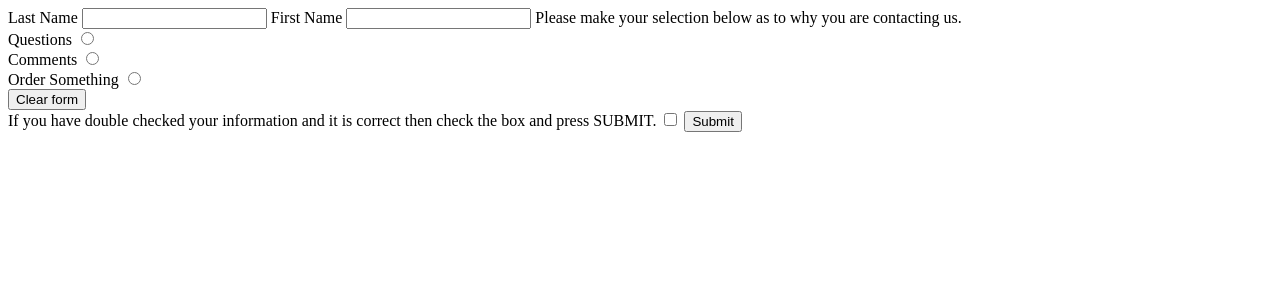
Repository: nsisk1/web-page-project
Page: contact-us.html
These files come from the project's save history. The page is drawn as it stood at one moment and after a run of saves; the edit follows.
The browser window is 1280 px wide. The pictures show the whole page.

Above is the page before, as saved 2024-07-14 09:50:34.

### contact-us.html
<!DOCTYPE html>
<html lang="En">
    <head>
        <title>Contact Us</title>
    </head>
    <body>
        <form id="myMailerForm" action="mailto:nsisk1@student.dallascollege.edu" method="post">
            <label>Last Name
                <input type="text" name="lastname">
            </label>
            <label>First Name
                <input type="text" name="firstname">
            </label>
            Please make your selection below as to why you are contacting us.
            <br>
            Questions
            <input type="radio" name="reason" value="question">
            <br>
            Comments
            <input type="radio" name="reason" value="comments">
            <br>
            Order Something
            <input type="radio" name="reason" value="order">
            <br>







            <input type="reset" value="Clear form">
            <br>If you have double checked your information and it is correct then check the box and press SUBMIT.
            <input type="checkbox" name="info">
            <input type="submit" value="Submit">
        </form>
    </body>
</html>

After the next 4 saves:
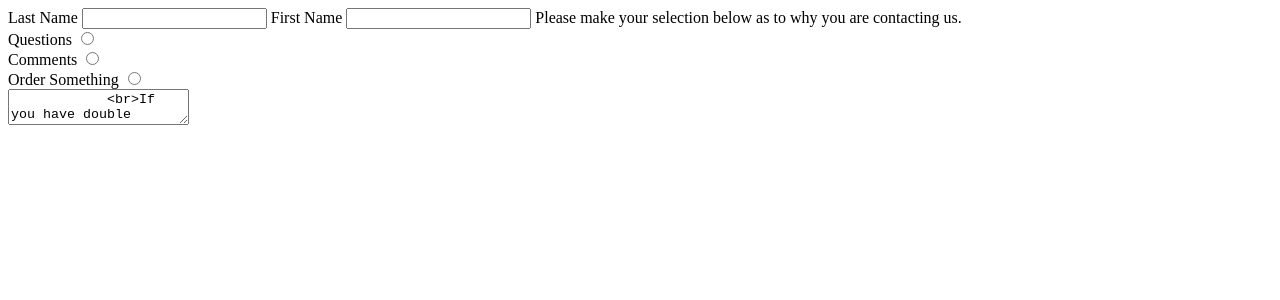
The 4 saves are shown as one change because they came seconds apart.
The last was saved 77 s later.
--- a/contact-us.html
+++ b/contact-us.html
@@ -22,7 +22,7 @@
             Order Something
             <input type="radio" name="reason" value="order">
             <br>
-
+            <textarea
 
 
 
